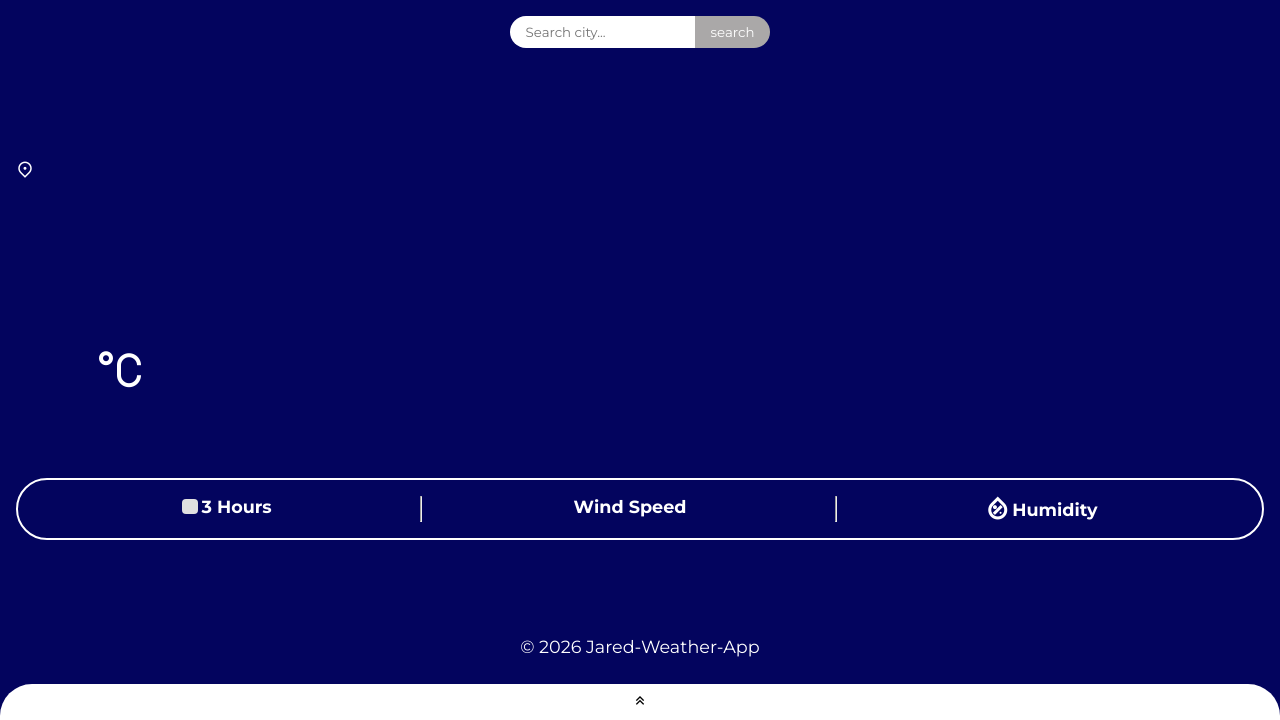
Repository: EguJaredoBoyd/Jared-Weather-App
Page: main.html
An editor plug-in stored every save of this project. The page is shown before and after the next save, followed by the edit.
The browser window is 1280 px wide. The pictures show the whole page.
Some icons come from a web library that is not loaded, so they are not drawn. Some web libraries are served in a nearby version.

Above is the page before, as saved 2026-02-12 05:18:24.

After the next save:
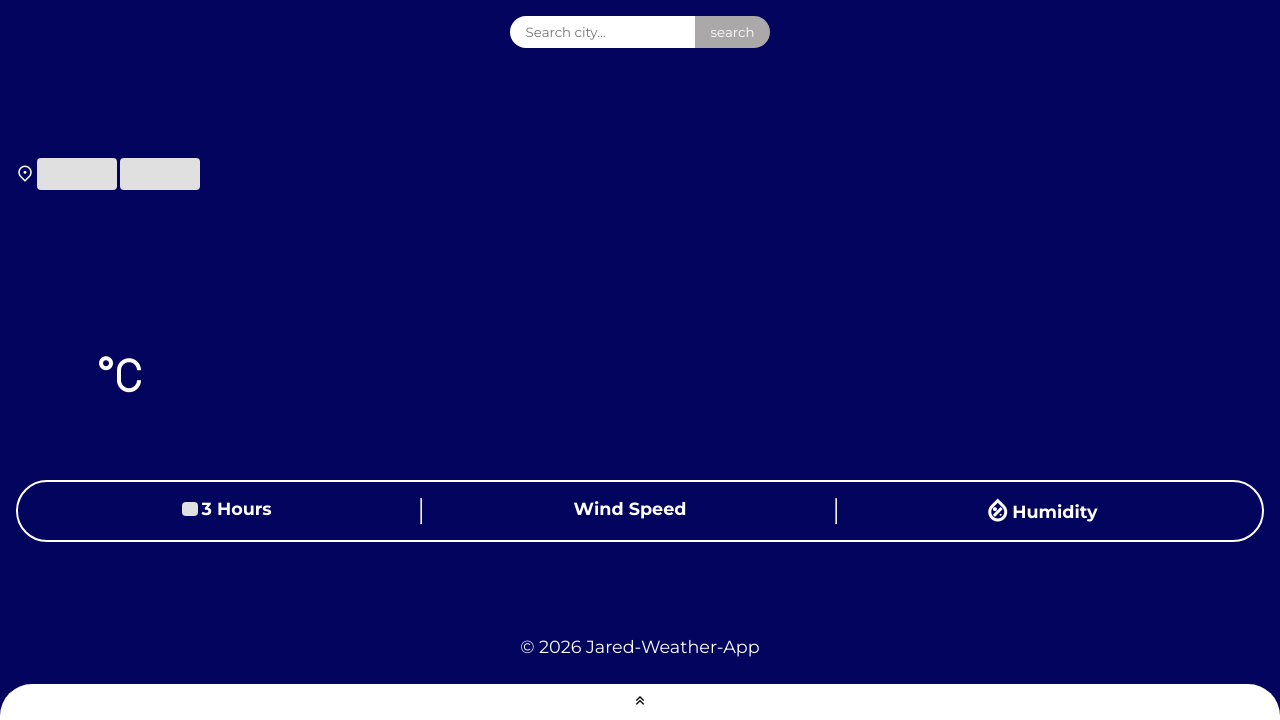
Saved 5 s later.
--- a/css/skeleton-loading.css
+++ b/css/skeleton-loading.css
@@ -13,7 +13,7 @@
 
 .skeleton-text {
   width: 5rem;
-  height: auto;
+  height: 2rem;
 }
 
 @keyframes shimmer {
